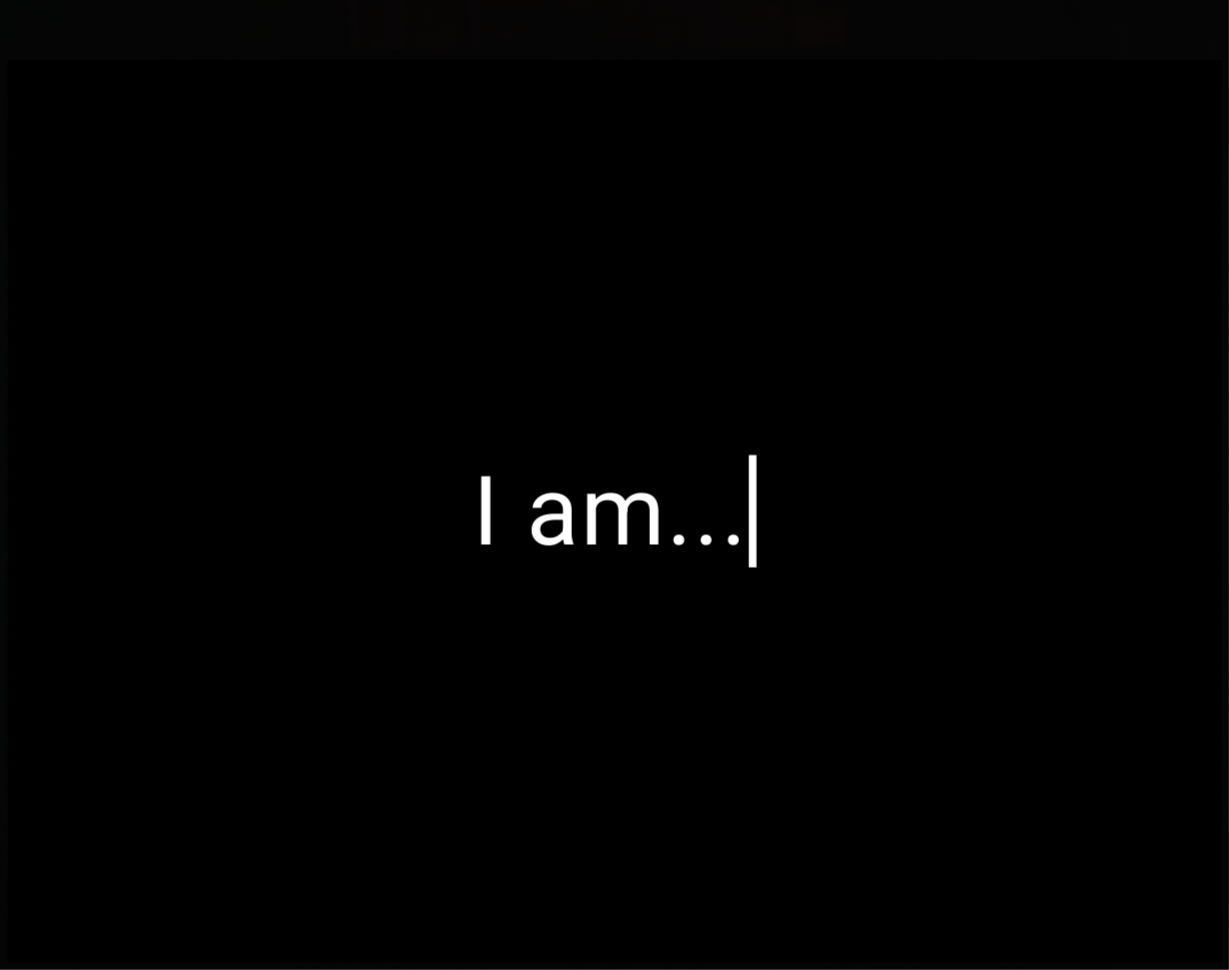
Repository: meywenz/mysite
Page: index.html
An editor plug-in stored every save of this project. The page is shown before and after the next save, followed by the edit.
The browser window is 1280 px wide. The pictures show the whole page, at 96% of full size.

Above is the page before, as saved 2021-04-11 12:08:21.

After the next save:
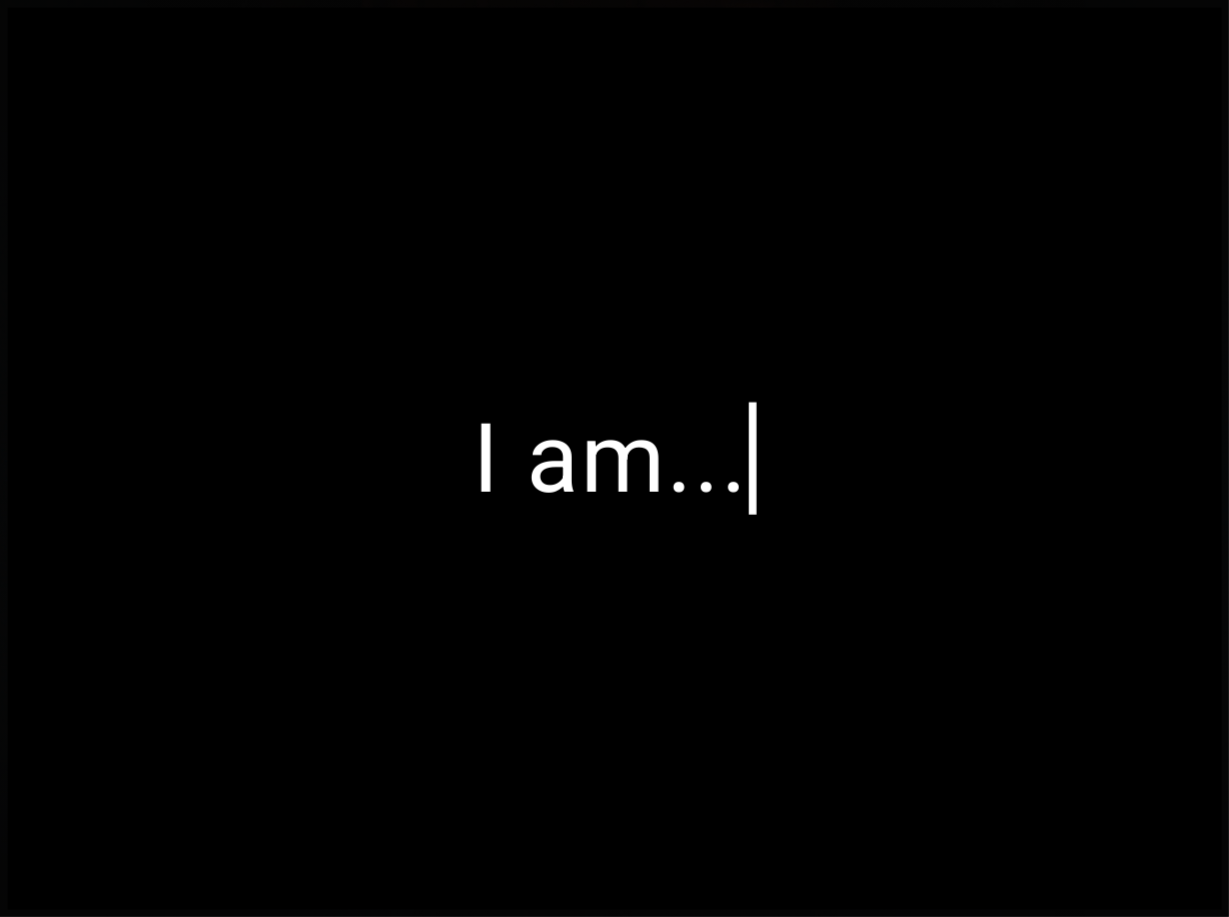
Saved 20 s later.
--- a/styles.css
+++ b/styles.css
@@ -29,7 +29,7 @@
   display: block;
   margin-left: auto;
   margin-right: auto;
-  margin-top: 5%;
+  margin-top: auto;
   height: auto;
   max-width: 150px;
   animation-name: imageY, fadeInFromNone;
